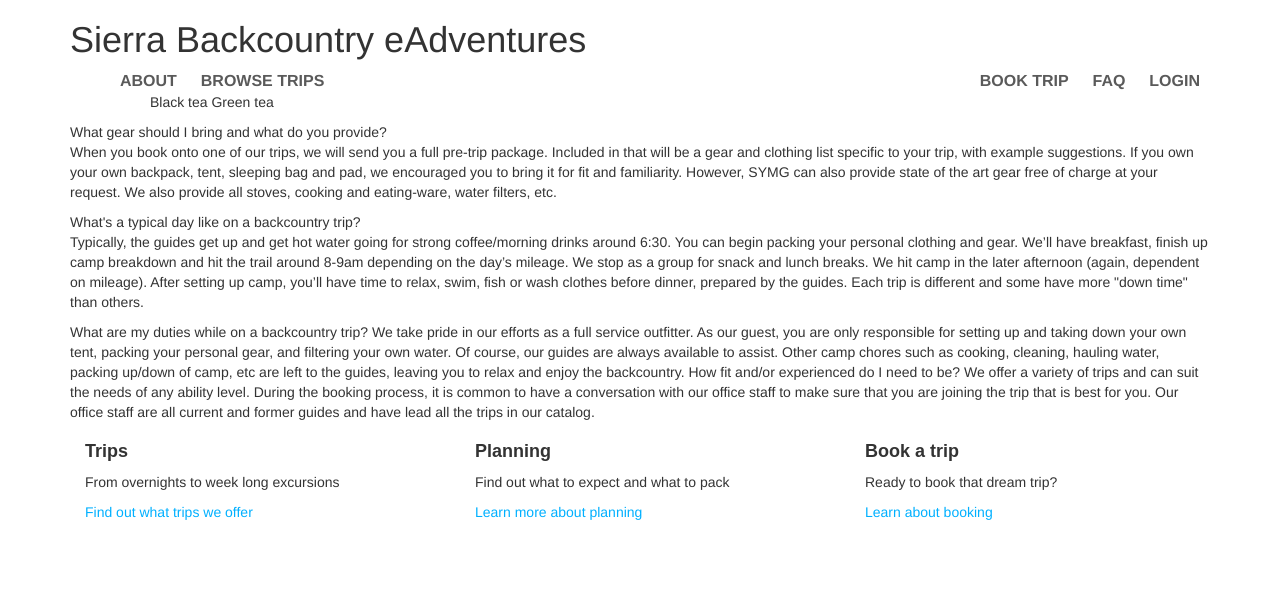
Repository: nageek17/eadventures
Page: http://localhost/support.php
The author's editor kept a record of every edit. The page is drawn from the files as they stood at one moment, then again after the next edit.
The browser window is 1280 px wide. The pictures show the whole page.
Some web libraries are served in a nearby version. The page is run by PHP 8.4 with error messages shown; the project is at /var/www/html/.

Above is the page before.
Console error (its wording comes from the project's code and is left out).

After the next edit:
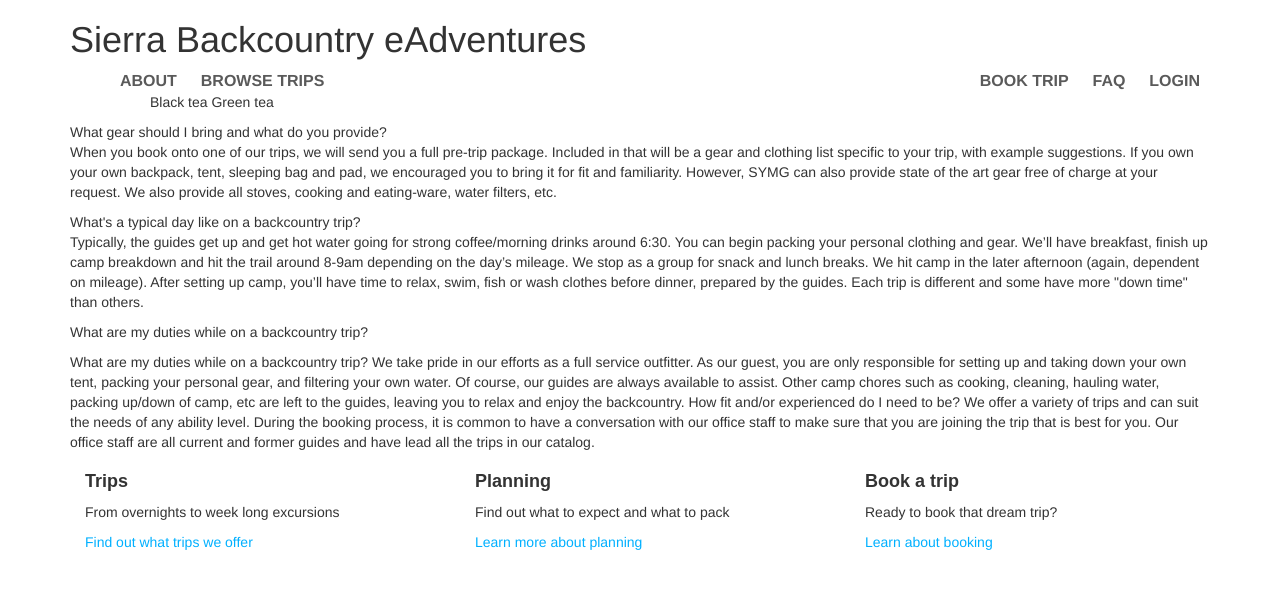
The edit:
--- a/support.php
+++ b/support.php
@@ -12,7 +12,8 @@
 Typically, the guides get up and get hot water going for strong coffee/morning drinks around 6:30. You can begin packing your personal clothing and gear. We’ll have breakfast, finish up camp breakdown and hit the trail around 8-9am depending on the day’s mileage. We stop as a group for snack and lunch breaks. We hit camp in the later afternoon (again, dependent on mileage). After setting up camp, you’ll have time to relax, swim, fish or wash clothes before dinner, prepared by the guides. Each trip is different and some have more "down time" than others.
 </p>
 
-<p></p>
+<p>What are my duties while on a backcountry trip?
+</p>
 
 <p></p>
 
